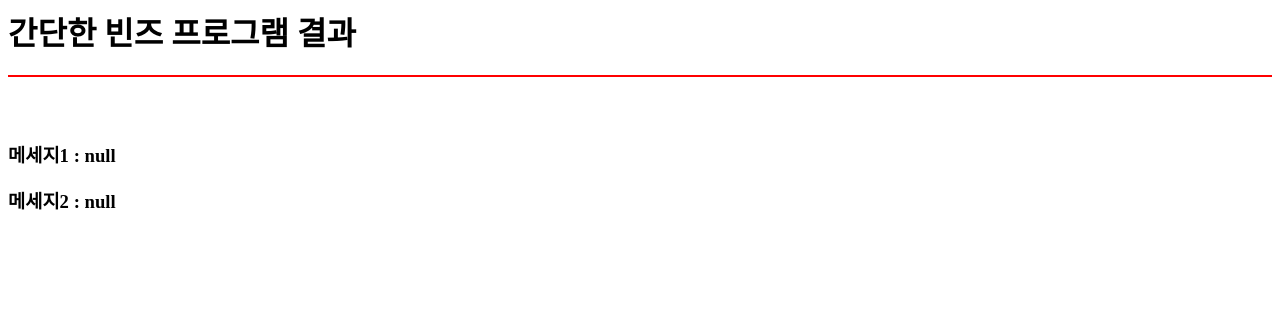
Repository: DynamicRD/jsp_Study
Page: http://localhost/jspStudy/sample/simpleBean.jsp
An editor plug-in stored every save of this project. The page is shown before and after the next save, followed by the edit.
The browser window is 1280 px wide. The pictures show the whole page.
The page is served by Tomcat 9.

Above is the page before, as saved 2024-12-10 02:17:10.

After the next save:
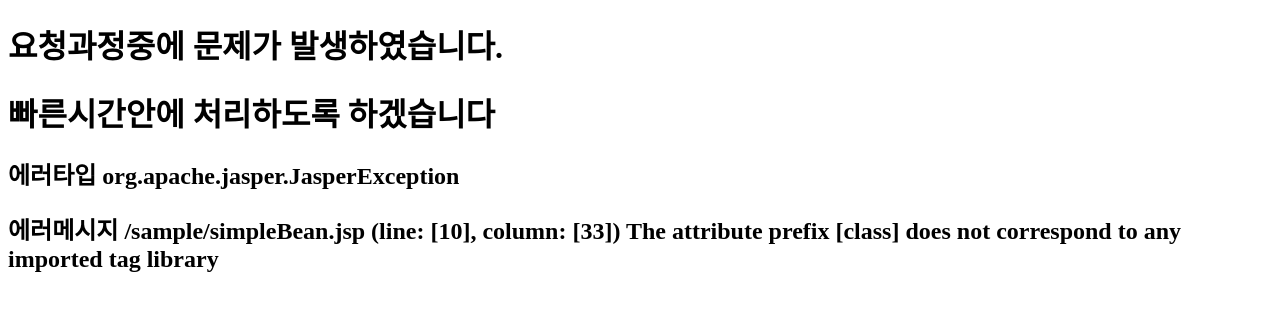
Saved 59 s later.
--- a/jspStudy/src/main/webapp/sample/simpleBean.jsp
+++ b/jspStudy/src/main/webapp/sample/simpleBean.jsp
@@ -3,10 +3,11 @@
 <!-- 1.사용자정보를 가져온다 -->
 <%
 	request.setCharacterEncoding("UTF-8");
-	String message1 = request.getParameter("message1");
+/* 	String message1 = request.getParameter("message1");
 	String message2 = request.getParameter("message2");
-	SimpleVO simpleVO = new SimpleVO(message1,message2);
+	SimpleVO simpleVO = new SimpleVO(message1,message2); */
 %>
+<jsp:useBean id="simpleVO" class:"co.kh.dev.SimpleVO">
 <!-- 2.curd -->
 <!-- 3.화면설계(자바코드에 해야하는걸 ->jsp service함수에서 진행한다) -->
 <html>
